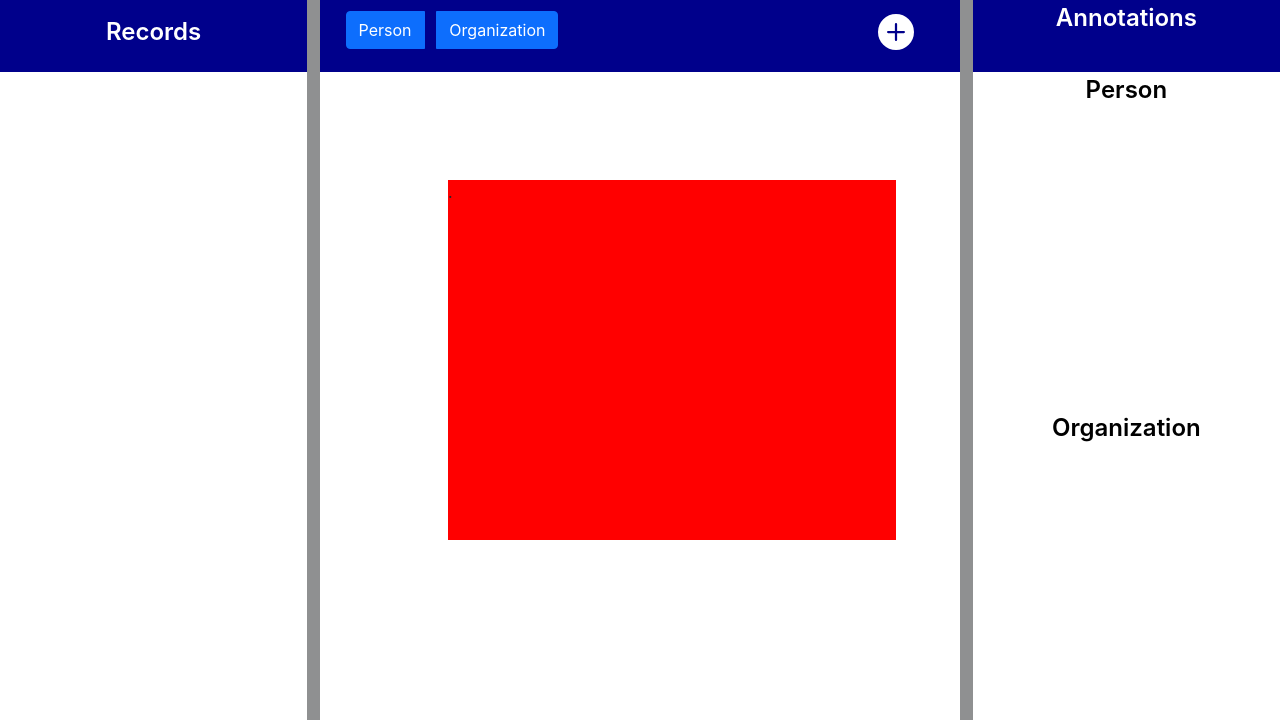
Repository: napan24/classforma_assignment
Page: / (app in client/)
The author's editor kept a copy of each file at every save. The page is drawn from the files as they stood at one save, then again after the next save.
The browser window is 1280 px wide. The pictures show the whole page.
The project was rebuilt for these pictures with package versions that can differ from the ones it lists, and the page was loaded fresh each time. Also part of the build but not shown: client/src/App.css.

Above is the page before, as saved 2022-07-20 16:38:38.

### client/public/index.html
<!DOCTYPE html>
<html lang="en">
  <head>
    <meta charset="utf-8" />
    <link rel="icon" href="%PUBLIC_URL%/favicon.ico" />
    <meta name="viewport" content="width=device-width, initial-scale=1" />
    <meta name="theme-color" content="#000000" />
    <meta
      name="description"
      content="Web site created using create-react-app"
    />
    <link href="https://cdn.jsdelivr.net/npm/bootstrap@5.1.3/dist/css/bootstrap.min.css" rel="stylesheet" integrity="sha384-1BmE4kWBq78iYhFldvKuhfTAU6auU8tT94WrHftjDbrCEXSU1oBoqyl2QvZ6jIW3" crossorigin="anonymous">
    <link rel="apple-touch-icon" href="%PUBLIC_URL%/logo192.png" />
    <!--
      manifest.json provides metadata used when your web app is installed on a
      user's mobile device or desktop. See https://developers.google.com/web/fundamentals/web-app-manifest/
    -->
    <link rel="manifest" href="%PUBLIC_URL%/manifest.json" />
    <!--
      Notice the use of %PUBLIC_URL% in the tags above.
      It will be replaced with the URL of the `public` folder during the build.
      Only files inside the `public` folder can be referenced from the HTML.

      Unlike "/favicon.ico" or "favicon.ico", "%PUBLIC_URL%/favicon.ico" will
      work correctly both with client-side routing and a non-root public URL.
      Learn how to configure a non-root public URL by running `npm run build`.
    -->
    <title>React App</title>
  </head>
  <body>
    <noscript>You need to enable JavaScript to run this app.</noscript>
    <div id="root"></div>
    <!--
      This HTML file is a template.
      If you open it directly in the browser, you will see an empty page.

      You can add webfonts, meta tags, or analytics to this file.
      The build step will place the bundled scripts into the <body> tag.

      To begin the development, run `npm start` or `yarn start`.
      To create a production bundle, use `npm run build` or `yarn build`.
    -->
    <script src="https://cdn.jsdelivr.net/npm/bootstrap@5.1.3/dist/js/bootstrap.bundle.min.js" integrity="sha384-ka7Sk0Gln4gmtz2MlQnikT1wXgYsOg+OMhuP+IlRH9sENBO0LRn5q+8nbTov4+1p" crossorigin="anonymous"></script>
  </body>
</html>

### client/src/App.js
import logo from './logo.svg';
import './App.css';
import Home from './Home';

function App() {
  return (
    <>
      <Home></Home>
    </>
  );
}

export default App;

### client/src/Home.js
'strict origin'
import React, { useState, useEffect } from 'react'
const Home = () => {
    const [textField, setTextField] = useState();
    const [person, setPerson] = useState();
    const [place, setPlace] = useState();
    const [personName, setPersonName] = useState(['']);
    const [placeName, setPlaceName] = useState(['']);
    useEffect(() => {
        if (textField) {
            trending();
        }
    }, [textField])
    const trending = async () => {
        const res = await fetch("/", {
            method: 'POST',
            headers: {
                "Content-Type": "application/json"
            },
            body: JSON.stringify({ textField })
        });
        const result = await res.json();
        console.log(result);
        setPerson(result.filter((arr) => arr.type == 'Person'));
        setPlace(result.filter((arr) => arr.type[0] == 'Place'||arr.type[0] == 'PopulatedPlace'||arr.type[0] == 'Settlement'||arr.type[0] == 'City'));
    };
    useEffect(() => {
        setPersonName(['']);
        if (person) {
            person.forEach(function (arrayItem) {
                setPersonName(curr => [...curr, arrayItem.entityId]);
            });
        }
    }, [person])
    useEffect(() => {
        setPlaceName(['']);
        if (place) {
            console.log(place);
            place.forEach(function (arrayItem) {
                setPlaceName(curr => [...curr, arrayItem.entityId]);
            });
        }
    }, [place])
    const showFile = async (e) => {
        e.preventDefault()
        const reader = new FileReader()
        reader.onload = async (e) => {
            const text = (e.target.result)
            setTextField(text);
        };
        reader.readAsText(e.target.files[0])
    }
    function replace(e) {
        var data = e.currentTarget.parentElement.querySelector('.userName').innerHTML;
        setTextField(textField.replace(data, ''));
    }
    return (
        <>
        <div style={{height:"50vh",width:"35vw",backgroundColor:"red",position:"absolute",zIndex:'2',left:"35%",top:"25%"}}>
            .
        </div>
            <div style={{ display: 'flex', width: "100vw", height: "100vh", backgroundColor: "#8f9091", overflow: "hidden" }}>
                <div style={{ width: "24vw", height: "100vh", backgroundColor: "white", marginRight: "1vw" }}>
                    <div style={{ width: "24vw", height: "10vh", backgroundColor: "#00008b", textAlign: 'center', fontSize: '150%', color: "white", fontWeight: "600", position: "fixed" }}>
                        <p style={{ marginTop: "2vh" }}>
                            Records
                        </p>
                    </div>
                    <div>

                    </div>
                </div>
                <div style={{ width: "50vw", height: "100vh", backgroundColor: "white", marginRight: "1vw", overflowY: "unset" }}>
                    <div style={{ width: "50vw", height: "10vh", backgroundColor: "#00008b", position: 'relative', overflowY: 'hidden' }}>
                        <div class="btn-group" style={{ marginTop: "1.5vh", marginLeft: "2vw" }}>
                            <button type="button" class="btn btn-primary" style={{ marginRight: "1vw" }}>Person</button>
                            <button type="button" class="btn btn-primary">Organization</button>
                        </div>
                        <label for="file">
                            <svg style={{ width: "20%", height: "50%", position: "absolute", right: "0", top: "2vh", color: "white" }} xmlns="http://www.w3.org/2000/svg" fill="currentColor" class="bi bi-plus-circle-fill" viewBox="0 0 16 16">
                                <path d="M16 8A8 8 0 1 1 0 8a8 8 0 0 1 16 0zM8.5 4.5a.5.5 0 0 0-1 0v3h-3a.5.5 0 0 0 0 1h3v3a.5.5 0 0 0 1 0v-3h3a.5.5 0 0 0 0-1h-3v-3z" />
                            </svg>
                        </label>
                        <input type="file" id="file" onChange={(e) => showFile(e)} style={{ display: "none" }} />
                    </div>
                    <div style={{ width: "48vw", height: "85vh", marginLeft: "2vw", marginTop: "5vh", overflowY: "scroll" }}>
                        {textField}
                    </div>
                </div>
                <div style={{ width: "24vw", height: "100vh", backgroundColor: "white" }}>
                    <div style={{ width: "24vw", height: "10vh", backgroundColor: "#00008b", textAlign: 'center', fontSize: '150%', color: "white", fontWeight: "600" }}>
                        <p>
                            Annotations
                        </p>
                    </div>
                    <div style={{ width: "24vw", height: "5vh", backgroundColor: "white", textAlign: 'center', fontSize: '150%', color: "black", fontWeight: "600",marginBottom:"2vh" }}>
                        <p>
                            Person
                        </p>
                    </div>
                    <div style={{ maxWidth: "24vw", height: "40vh", backgroundColor: "white", textAlign: 'center', fontSize: '150%', color: "black", fontWeight: "600", zIndex: "2", overflowY: "scroll", overflowX: "hidden" }}>
                        {personName && personName.map((user) => (
                            user.length > 0 && <div style={{ width: "24vw", color: "black", height: "3vh", fontSize: "2vh", position: 'relative', borderBottom: '1px solid black' }}>
                                <span className='userName' style={{ width: "12vw" }}>
                                    {user}
                                </span>
                                <svg onClick={(e) => { replace(e) }} style={{ width: "3.5vw", height: "3.5vh", position: 'absolute', right: "0vw", top: "0vh" }} xmlns="http://www.w3.org/2000/svg" style={{ height: "3vh", width: "2vw", color: 'red' }} fill="currentColor" class="bi bi-x" viewBox="0 0 16 16">
                                    <path d="M4.646 4.646a.5.5 0 0 1 .708 0L8 7.293l2.646-2.647a.5.5 0 0 1 .708.708L8.707 8l2.647 2.646a.5.5 0 0 1-.708.708L8 8.707l-2.646 2.647a.5.5 0 0 1-.708-.708L7.293 8 4.646 5.354a.5.5 0 0 1 0-.708z" />
                                </svg>
                            </div>
                        ))}
                    </div>
                    <div style={{ width: "24vw", height: "5vh", backgroundColor: "white", textAlign: 'center', fontSize: '150%', color: "black", fontWeight: "600",marginBottom:"2vh" }}>
                        <p>
                            Organization
                        </p>
                    </div>
                    <div style={{ width: "24vw", height: "40vh", backgroundColor: "white", textAlign: 'center', fontSize: '150%', color: "black", fontWeight: "600", overflowY: "scroll" }}>
                        {placeName && placeName.map((user) => (
                            user.length > 0 && <div style={{ width: "24vw", color: "black", height: "3vh", fontSize: "2vh", position: 'relative', borderBottom: '1px solid black' }}>
                                <span className='userName' style={{ width: "12vw" }}>
                                    {user}
                                </span>
                                <svg onClick={(e) => { replace(e) }} style={{ width: "3.5vw", height: "3.5vh", position: 'absolute', right: "0vw", top: "0vh" }} xmlns="http://www.w3.org/2000/svg" style={{ height: "3vh", width: "2vw", color: 'red' }} fill="currentColor" class="bi bi-x" viewBox="0 0 16 16">
                                    <path d="M4.646 4.646a.5.5 0 0 1 .708 0L8 7.293l2.646-2.647a.5.5 0 0 1 .708.708L8.707 8l2.647 2.646a.5.5 0 0 1-.708.708L8 8.707l-2.646 2.647a.5.5 0 0 1-.708-.708L7.293 8 4.646 5.354a.5.5 0 0 1 0-.708z" />
                                </svg>
                            </div>
                        ))}
                    </div>
                </div>
            </div>
        </>
    )
}

export default Home

Loaded but not shown: client/src/index.js (common file); client/src/index.css (common file); client/src/reportWebVitals.js (common file)

After the next save:
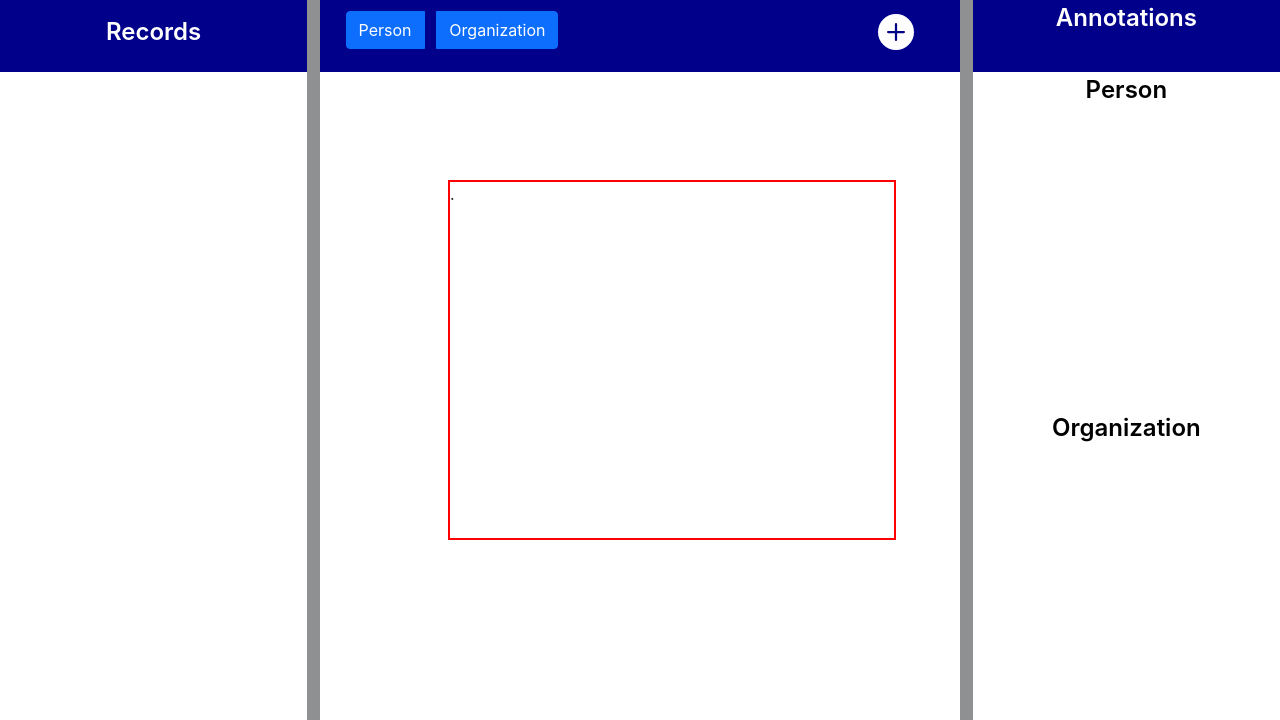
Saved 31 s later.
--- a/client/src/Home.js
+++ b/client/src/Home.js
@@ -56,7 +56,7 @@ const Home = () => {
     }
     return (
         <>
-        <div style={{height:"50vh",width:"35vw",backgroundColor:"red",position:"absolute",zIndex:'2',left:"35%",top:"25%"}}>
+        <div style={{height:"50vh",width:"35vw",backgroundColor:"white",position:"absolute",zIndex:'2',left:"35%",top:"25%",border:"2px solid red"}}>
             .
         </div>
             <div style={{ display: 'flex', width: "100vw", height: "100vh", backgroundColor: "#8f9091", overflow: "hidden" }}>
